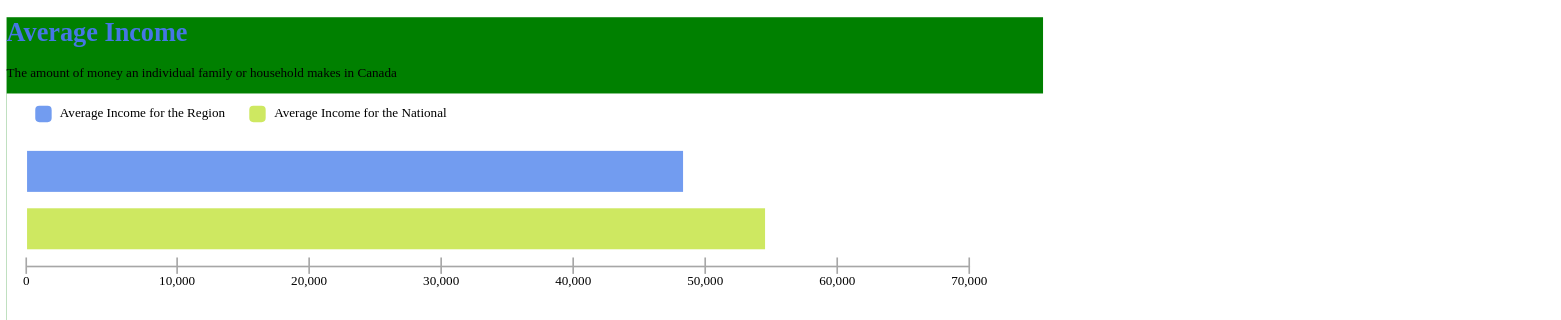
Repository: kerudai/mdiat3126nextapp
Page: /index2
An editor plug-in stored every save of this project. The page is shown before and after the next save, followed by the edit.
The browser window is 1280 px wide. The page is 1904 px wide, so the pictures cover 1904 px, including what lies to the right of the window. The pictures show the whole page, at 82% of full size.
The project was rebuilt for these pictures with package versions that can differ from the ones it lists, and the page was loaded fresh each time. The framework's server and built-in components were replaced by stand-ins that run in the browser. Also part of the build but not shown: pages/app.scss, comps/Header/index.js.

Above is the page before, as saved 2020-09-29 15:48:01.

### pages/_app.js
import './app.scss';

function MyApp({ Component, pageProps }) {
  return <Component {...pageProps} />
}

export default MyApp

### pages/index2.js
import React from 'react';
import Head from 'next/head';
// import styles from '../styles/Home.module.css'
import Header from '../comps/Header';
import styles from './index2.module.css';

export default function Home2() {
  return (
    <div className={styles.app}>
      <h1 className={styles.title}>Average Income</h1>
      <p>The amount of money an individual family or household makes in Canada</p>
      <div className={styles.graph}>
        <div className={styles.dis_big_box}>
          <div className={styles.dis_region}>
            <div className={styles.region_small}></div>
            <div>Average Income for the Region</div>
          </div>
          <div className={styles.dis_national}>
            <div className={styles.national_small}></div>
            <div>Average Income for the National</div>
          </div>
        </div>
        <div className={styles.regional_bar}></div>
        <div className={styles.national_bar}></div>
        <div className={styles.index_line}>
          <div className={styles.box_0}>
            <div className={styles.line_0}></div>
            <div className={styles.num_0}>0</div>
          </div>
          <div className={styles.box_10}>
            <div className={styles.line_10}></div>
            <div className={styles.num_10}>10,000</div>
          </div>
          <div className={styles.box_20}>
            <div className={styles.line_20}></div>
            <div className={styles.num_20}>20,000</div>
          </div>
          <div className={styles.box_30}>
            <div className={styles.line_30}></div>
            <div className={styles.num_30}>30,000</div>
          </div>
          <div className={styles.box_40}>
            <div className={styles.line_40}></div>
            <div className={styles.num_40}>40,000</div>
          </div>
          <div className={styles.box_50}>
            <div className={styles.line_50}></div>
            <div className={styles.num_50}>50,000</div>
          </div>
          <div className={styles.box_60}>
            <div className={styles.line_60}></div>
            <div className={styles.num_60}>60,000</div>
          </div>
          <div className={styles.box_70}>
            <div className={styles.line_70}></div>
            <div className={styles.num_70}>70,000</div>
          </div>
        </div>
      </div>
    </div>
  )
}

### pages/index2.module.css

.app {
    background-color: green;
}

.graph {
    background-color: white;
    height: 300px;
    width: 150%;
}

.title {
    color: #4676e5;

}

.dis_big_box {
    display: flex;
    flex-direction: row;
    padding: 15px;
}

.dis_region {
    display: flex;
    flex-direction: row;
    margin: 0 10px;
}

.region_small {
    width: 20px;
    height: 20px;
    background-color: #729CF0;
    border-radius: 5px;
    margin: 0 10px;
}

.dis_national {
    display: flex;
    flex-direction: row;
    margin: 0 10px;
}

.national_small {
    width: 20px;
    height: 20px;
    background-color: #CEE861;
    border-radius: 5px;
    margin: 0 10px;
}

.regional_bar {
    width: 800px;
    height: 50px;
    background-color: #729CF0;
    margin:20px 25px
}

.national_bar {
    width: 900px;
    height: 50px;
    background-color: #CEE861;
    margin:20px 25px;
}

.index_line {
    width: 1150px;
    height: 2.5px;
    background-color: rgb(167, 167, 167);
    margin:20px 25px;
    position: relative;
}

.box_0 {
    display: inline-flex;
    flex-direction: column;
    justify-content: center;
    align-items: center;
    position: absolute;
    top: -10px;
    left: -5px;
}

.line_0 {
    width: 2.5px;
    height: 20px;
    background-color: rgb(167, 167, 167);
}

.box_10 {
    display: inline-flex;
    flex-direction: column;
    justify-content: center;
    align-items: center;
    position: absolute;
    top: -10px;
    left: 161px;
    margin-right: 166px;
}

.line_10 {
    width: 2.5px;
    height: 20px;
    background-color: rgb(167, 167, 167);
}
.box_20 {
    display: inline-flex;
    flex-direction: column;
    justify-content: center;
    align-items: center;
    position: absolute;
    top: -10px;
    left: 322px;
    margin-right: 166px;
}

.line_20 {
    width: 2.5px;
    height: 20px;
    background-color: rgb(167, 167, 167);
}
.box_30 {
    display: inline-flex;
    flex-direction: column;
    justify-content: center;
    align-items: center;
    position: absolute;
    top: -10px;
    left: 483px;
    margin-right: 166px;
}

.line_30 {
    width: 2.5px;
    height: 20px;
    background-color: rgb(167, 167, 167);
}
.box_40 {
    display: inline-flex;
    flex-direction: column;
    justify-content: center;
    align-items: center;
    position: absolute;
    top: -10px;
    left: 644px;
    margin-right: 166px;
}

.line_40 {
    width: 2.5px;
    height: 20px;
    background-color: rgb(167, 167, 167);
}
.box_50 {
    display: inline-flex;
    flex-direction: column;
    justify-content: center;
    align-items: center;
    position: absolute;
    top: -10px;
    left: 805px;
    margin-right: 166px;
}

.line_50 {
    width: 2.5px;
    height: 20px;
    background-color: rgb(167, 167, 167);
}
.box_60 {
    display: inline-flex;
    flex-direction: column;
    justify-content: center;
    align-items: center;
    position: absolute;
    top: -10px;
    left: 966px;
    margin-right: 166px;
}

.line_60 {
    width: 2.5px;
    height: 20px;
    background-color: rgb(167, 167, 167);
}
.box_70 {
    display: inline-flex;
    flex-direction: column;
    justify-content: center;
    align-items: center;
    position: absolute;
    top: -10px;
    left: 1127px;
    margin-right: 166px;
}

.line_70 {
    width: 2.5px;
    height: 20px;
    background-color: rgb(167, 167, 167);
}

After the next save:
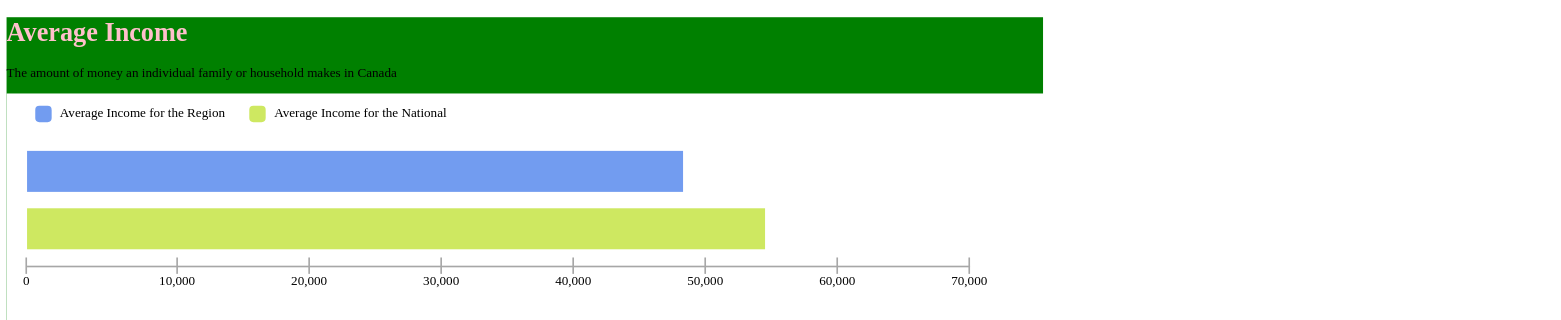
Saved 45 s later.
--- a/pages/index2.module.css
+++ b/pages/index2.module.css
@@ -10,7 +10,7 @@
 }
 
 .title {
-    color: #4676e5;
+    color: pink;
 
 }
 
